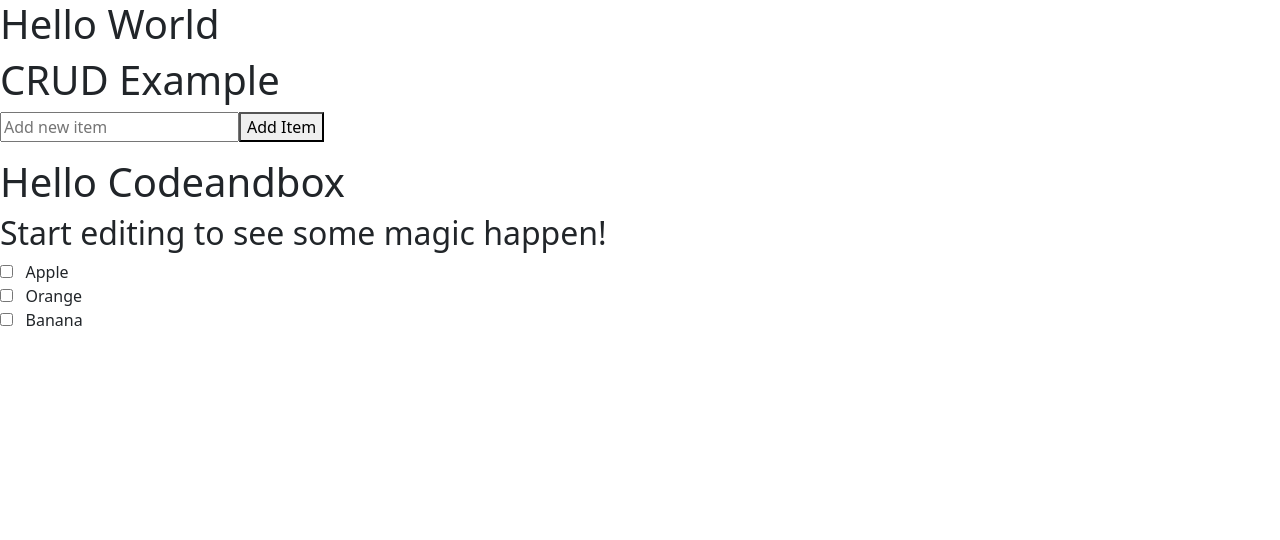
Repository: siva11021992/cvamyapp
Page: /
The author's editor kept a copy of each file at every save. The page is drawn from the files as they stood at one save, then again after the next save.
The browser window is 1280 px wide. The pictures show the whole page.
The page's requests for data from a server got no answer. The project was rebuilt for these pictures with package versions that can differ from the ones it lists, and the page was loaded fresh each time. No one was signed in, and anything a server would have sent is missing.

Above is the page before, as saved 2024-10-08 16:45:24.

### src/App.js
import React from 'react';
// import ChartComponent from './ChartComponent';
// import LayoutExe from './LayoutExe';
// import FlexLayout from './FlexLayout';
// import GridLayout from './GridLayout';
// import YupApi from './YupApi';
import CrudComponent from './CrudComponent';
// import Sidebar from './SideBar';
// import MyForm from './MyForm';
// import Breadcrumb from './BreadCrumb';
// import { BrowserRouter as Router, Route, Routes } from 'react-router-dom';
// import Home from './Home';
// import Contact from './Contact';
// import About from './About';
import CheckBox from './CheckBox';

function App() {
  return (
    <div className="App">
      <h1>Hello World</h1>
      {/* <ChartComponent width="600px" height="400px"/>
      <LayoutExe/>
      <FlexLayout />
      <GridLayout/>
      <YupApi/> */}
     <CrudComponent/>
     {/* <Sidebar/>
     <MyForm/> */}
     <CheckBox/>
    </div>

  //   <Router>
  //   <div>
  //     <Breadcrumb />
  //     <Routes>
  //       <Route path="/" element={<Home />} />
  //       <Route path="/about" element={<About />} />
  //       <Route path="/contact" element={<Contact />} />
  //     </Routes>
  //   </div>
  // </Router>
  );
}

export default App;

### src/CrudComponent.js
import React, { useState, useEffect } from 'react';
import axios from 'axios';

function CrudComponent() {
  const [items, setItems] = useState([]); // State to hold list of items
  const [newItem, setNewItem] = useState(''); // State to handle new item input
  const [editItem, setEditItem] = useState(false); // State to hold the item being edited

  // Fetch items (Read)
  useEffect(() => {
    fetchItems();
  }, []);

  const fetchItems = async () => {
    try {
      const response = await axios.get('https://jsonplaceholder.typicode.com/users');
      console.log("Fetched Res:", response);
      setItems(response.data);
    } catch (error) {
      console.error('Error fetching items', error);
    }
  };

  // Create item
  const createItem = async () => {
    console.log("newItem",newItem)
    if (newItem) {
      try {
        const response = await axios.post('https://jsonplaceholder.typicode.com/users', { name: newItem });
        console.log("Create Response:", response);
        setItems([...items, response.data]);
        setNewItem(''); // Clear input after adding item
      } catch (error) {
        console.error('Error creating item', error);
      }
    }
  };

  // Update item
  const updateItem = async (id, updatedName) => {
    try {
      const response = await axios.put(`https://jsonplaceholder.typicode.com/users/1`, { name: updatedName });
      console.log("Update Response:", response);

      // Manually updating the state after the update request
      setItems(items.map(item => (item.id === id ? { ...item, name: updatedName } : item)));
      setEditItem(null); // Stop editing after update
    } catch (error) {
      console.error('Error updating item', error);
    }
  };

  // Delete item
  const deleteItem = async (id) => {
    try {
      await axios.delete(`https://jsonplaceholder.typicode.com/users/${id}`);
      setItems(items.filter(item => item.id !== id));
    } catch (error) {
      console.error('Error deleting item', error);
    }
  };

  return (
    <div>
      <h1>CRUD Example</h1>

      {/* Create new item */}
      <input
        type="text"
        value={newItem}
        onChange={(e) => setNewItem(e.target.value)}
        placeholder="Add new item"
      />
      <button onClick={createItem}>Add Item</button>

      {/* List of items */}
      <ul>
        {items.map((item) => (
          <li key={item.id}>

            {editItem && editItem.id === item.id ? (
              <>
                <input
                  type="text"
                  value={editItem.name}
                  onChange={(e) => setEditItem({ ...editItem, name: e.target.value })}
                />
                <button onClick={() => updateItem(item.id, editItem.name)}>Save</button>
                <button onClick={() => setEditItem(null)}>Cancel</button>
              </>
            ) : (
              <>
                {item.name}
                <button onClick={() => setEditItem({ id: item.id, name: item.name })}>Edit</button>
                <button onClick={() => deleteItem(item.id)}>Delete</button>
              </>
            )}
          </li>
        ))}
      </ul>
    </div>
  );
}

export default CrudComponent;

### src/CheckBox.js
import { useState } from "react";


 function CheckBox() {
const arr=["Apple", "Orange", "Banana"]

  const [fruitsArr, setFruitsArr] = useState([...arr]);
  const [chkBoxStates, setChkBoxStates] = useState(arr.map(()=>false));

  const deleteClickHandler = (index) => {
    alert(index);
    const filteredArr = [];
    for (let i = 0; i < fruitsArr.length; i++) {
      if (i !== index) filteredArr.push(fruitsArr[i]);
    }
    setFruitsArr(filteredArr);
  };

  const handleCheck = (isChecked, index) => {
    setChkBoxStates((prevArray) => {
      const newArray = [...prevArray]; // create a new array based on the previous state array
      newArray[index] = isChecked; // modify the element at the specified index
      return newArray; // return the new array as the updated state value
    });
  };

  return (
    <div className="App">
      <h1>Hello Codeandbox</h1>
      <h2>Start editing to see some magic happen!</h2>
      {fruitsArr.map((element, index) => {
        return (
          <div key={index}>
            <input
              type="checkbox"
              onChange={(e) => handleCheck(e.target.checked, index)}
            ></input>{" "}
            &nbsp;&nbsp;
            {element} &nbsp;&nbsp;&nbsp;&nbsp;&nbsp;&nbsp;&nbsp;&nbsp;
            {chkBoxStates[index] && (
              <button onClick={() => deleteClickHandler(index)}>Delete</button>
            )}
          </div>
        );
      })}
    </div>
  );
}

export default CheckBox

Loaded but not shown: public/index.html (common file); src/index.js (common file); src/index.css (common file); src/reportWebVitals.js (common file)

After the next save:
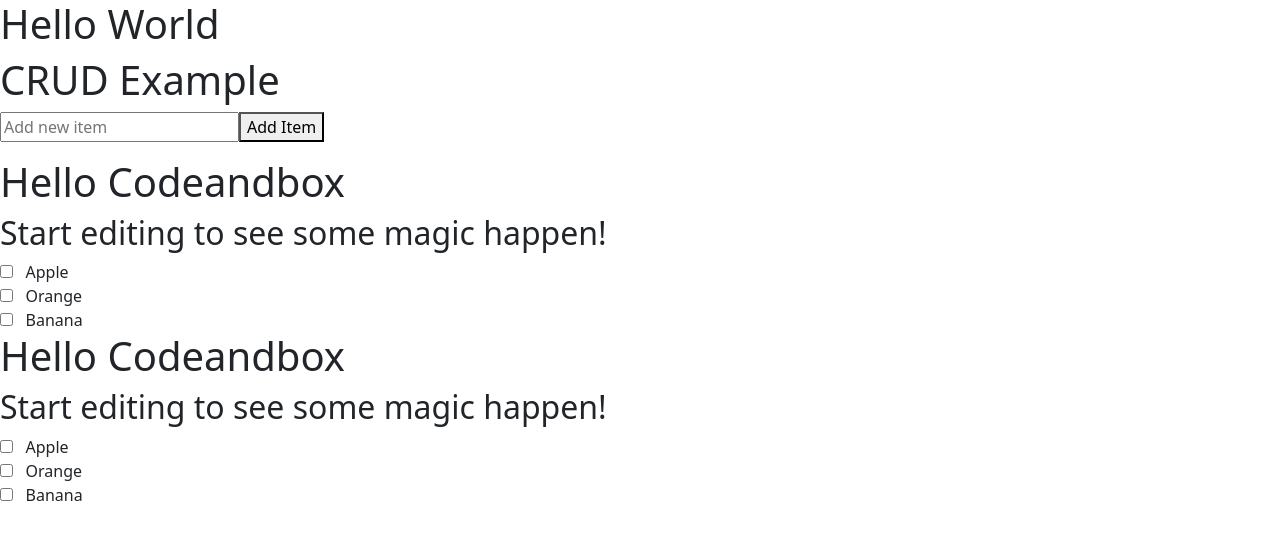
Saved 16 min 8 s later.
--- a/src/CrudComponent.js
+++ b/src/CrudComponent.js
@@ -1,5 +1,6 @@
 import React, { useState, useEffect } from 'react';
 import axios from 'axios';
+import CheckBox from './CheckBox';
 
 function CrudComponent() {
   const [items, setItems] = useState([]); // State to hold list of items
@@ -98,6 +99,7 @@ function CrudComponent() {
           </li>
         ))}
       </ul>
+      <CheckBox  title="hello" age={5}/>
     </div>
   );
 }
